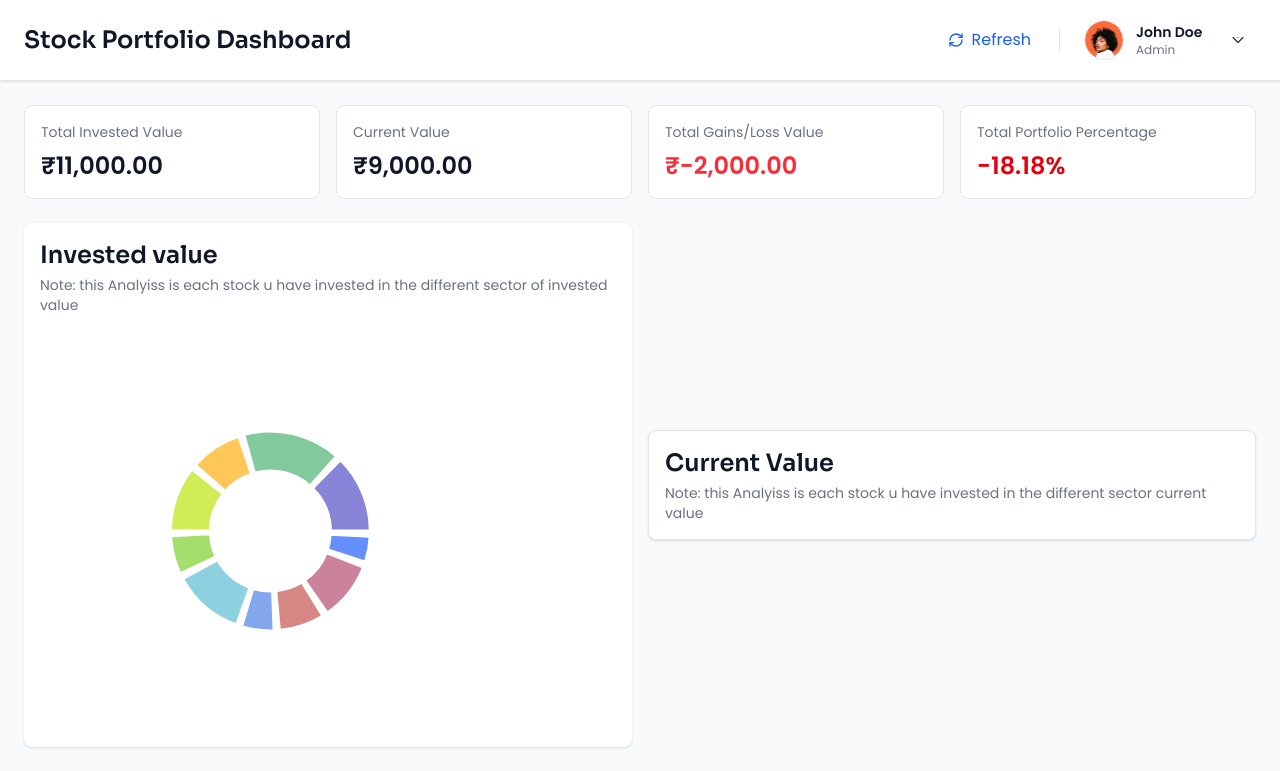
Repository: jabir12-12/inten-project
Page: /
These files come from the project's save history. The page is drawn as it stood at one moment and after the next save; the edit follows.
The browser window is 1280 px wide. The pictures show the whole page.
The project was rebuilt for these pictures with package versions that can differ from the ones it lists, and the page was loaded fresh each time. The framework's server and built-in components were replaced by stand-ins that run in the browser. Also part of the build but not shown: next.config.ts.

Above is the page before, as saved 2025-05-17 15:14:19.

After the next save:
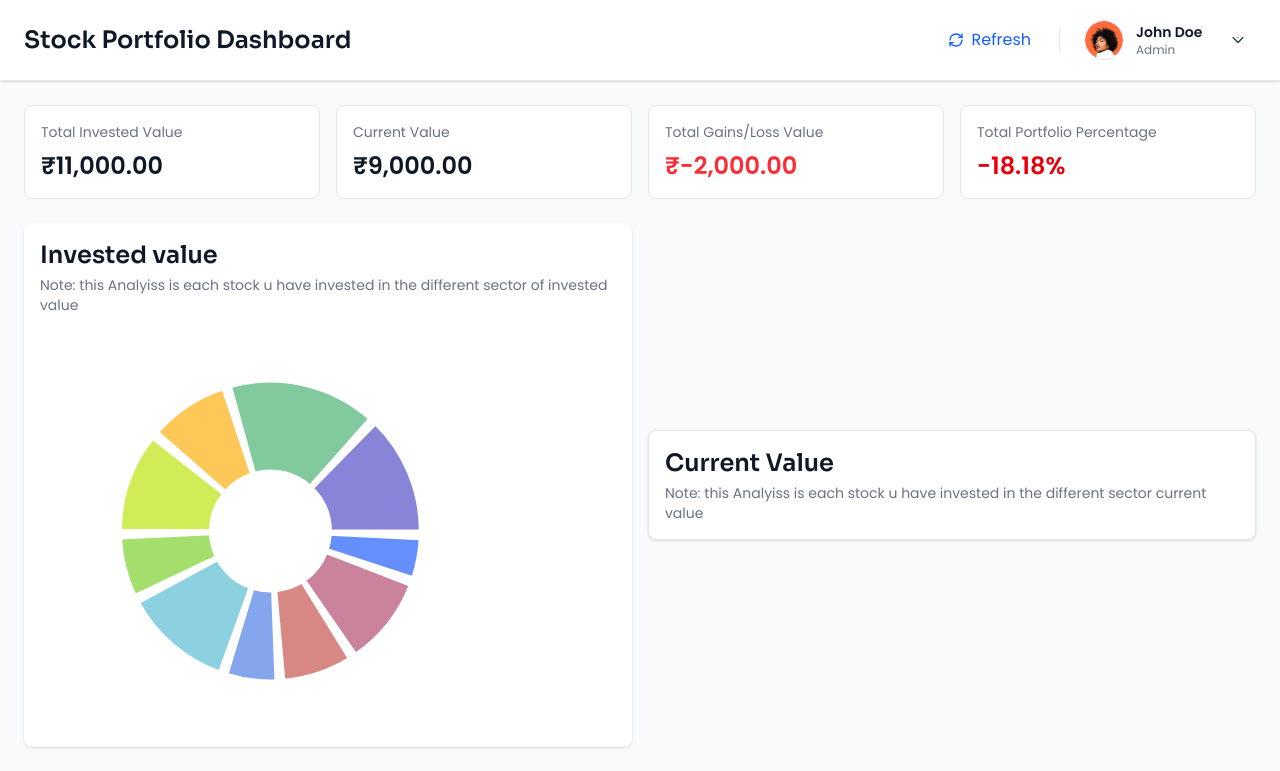
Saved 10 s later.
--- a/src/pages/index.tsx
+++ b/src/pages/index.tsx
@@ -188,7 +188,7 @@ export default function Home() {
                   dataKey="visitors"
                   nameKey="name"
                   innerRadius={60}
-                  outerRadius={100}
+                  outerRadius={150}
                   stroke="#FFFFFF"
                   strokeWidth={3}
                   paddingAngle={3}
